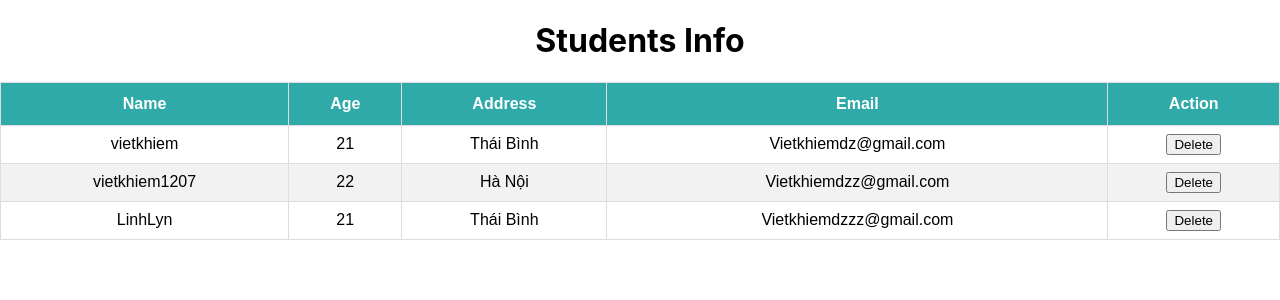
Repository: vietkhiem/TypeScript
Page: /
The author's editor kept a copy of each file at every save. The page is drawn from the files as they stood at one save, then again after the next save.
The browser window is 1280 px wide. The pictures show the whole page.
The project was rebuilt for these pictures with package versions that can differ from the ones it lists, and the page was loaded fresh each time.

Above is the page before, as saved 2022-03-16 17:43:32.

### src/App.tsx
import React from 'react';
import './App.css';
import Login from './pages/login';
import TableCustom from './pages/table';


function App() {
  const studentsData = [
    {
      name: 'vietkhiem',
      age: 21,
      address: 'Thái Bình',
      email: 'Vietkhiemdz@gmail.com',
      action: 'Delete'
    },
    {
      name: 'vietkhiem1207',
      age: 22,
      address: 'Hà Nội',
      email: 'Vietkhiemdzz@gmail.com',
      action: 'Delete'
    },
    {
      name: 'LinhLyn',
      age: 21,
      address: 'Thái Bình',
      email: 'Vietkhiemdzzz@gmail.com',
      action: 'Delete'
    }
  ]
  return (
    <div className="App">
      {/* thêm view login vào trong App.tsx */}
        <Login />
        {/* thêm components table vào app */}
        <TableCustom rows={studentsData} />

    </div>
  );
}

export default App;

### src/App.css
.App {
  text-align: center;
}

.App-link {
  color: #61dafb;
}

@keyframes App-logo-spin {
  from {
    transform: rotate(0deg);
  }
  to {
    transform: rotate(360deg);
  }
}
.customers {
  font-family: Arial, Helvetica, sans-serif;
  border-collapse: collapse;
  width: 100%;
}

.customers td, .customers th {
  border: 1px solid #ddd;
  padding: 8px;
}

.customers tr:nth-child(even){background-color: #f2f2f2;}

.customers tr:hover {background-color: #ddd;}

.customers th {
  padding-top: 12px;
  padding-bottom: 12px;
  text-align: center;
  background-color: rgb(48, 169, 169);
  color: white;
}

### src/pages/login/index.tsx
import React from 'react'

export default function Login() {
  return (
    <h1>Students Info</h1>
  )
}

### src/pages/table/index.tsx
import React from "react";

type row = {
  name: string,
  age: number,
  address: string,
  email: string,
  action: string
}
type TableProps = {
  rows: row[]
}
function Table({rows} : TableProps) {
    return (
      <table className="customers">
          <thead>
              <th>Name</th>
              <th>Age</th>
              <th>Address</th>
              <th>Email</th>
              <th>Action</th>
          </thead>
          <tbody>
              {
                rows.map(row => (
                  <tr>
                    <td>{row.name}</td>
                    <td>{row.age}</td>
                    <td>{row.address}</td>
                    <td>{row.email}</td>
                    <td>
                      <button>{row.action}</button>
                    </td>
                  </tr>
                ))
              }
          </tbody>
      </table>
    );
}
export default Table;

Loaded but not shown: public/index.html (common file); src/index.tsx (common file); src/index.css (common file); src/reportWebVitals.ts (common file)

After the next save:
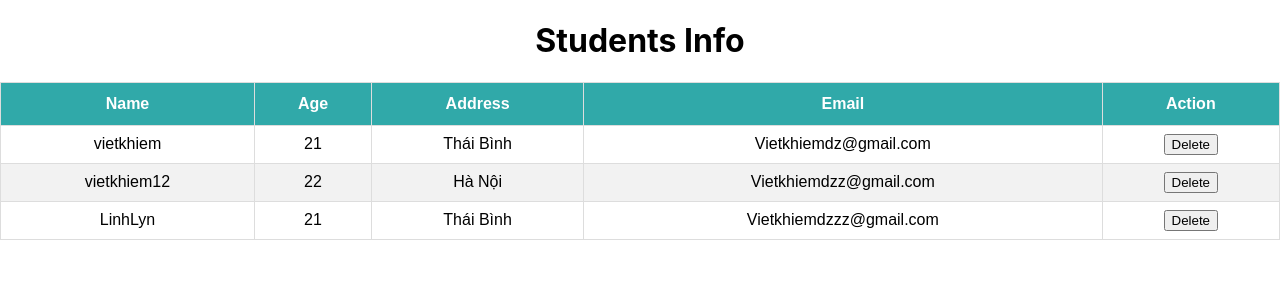
Saved 20 s later.
--- a/src/App.tsx
+++ b/src/App.tsx
@@ -14,7 +14,7 @@ function App() {
       action: 'Delete'
     },
     {
-      name: 'vietkhiem1207',
+      name: 'vietkhiem12',
       age: 22,
       address: 'Hà Nội',
       email: 'Vietkhiemdzz@gmail.com',
